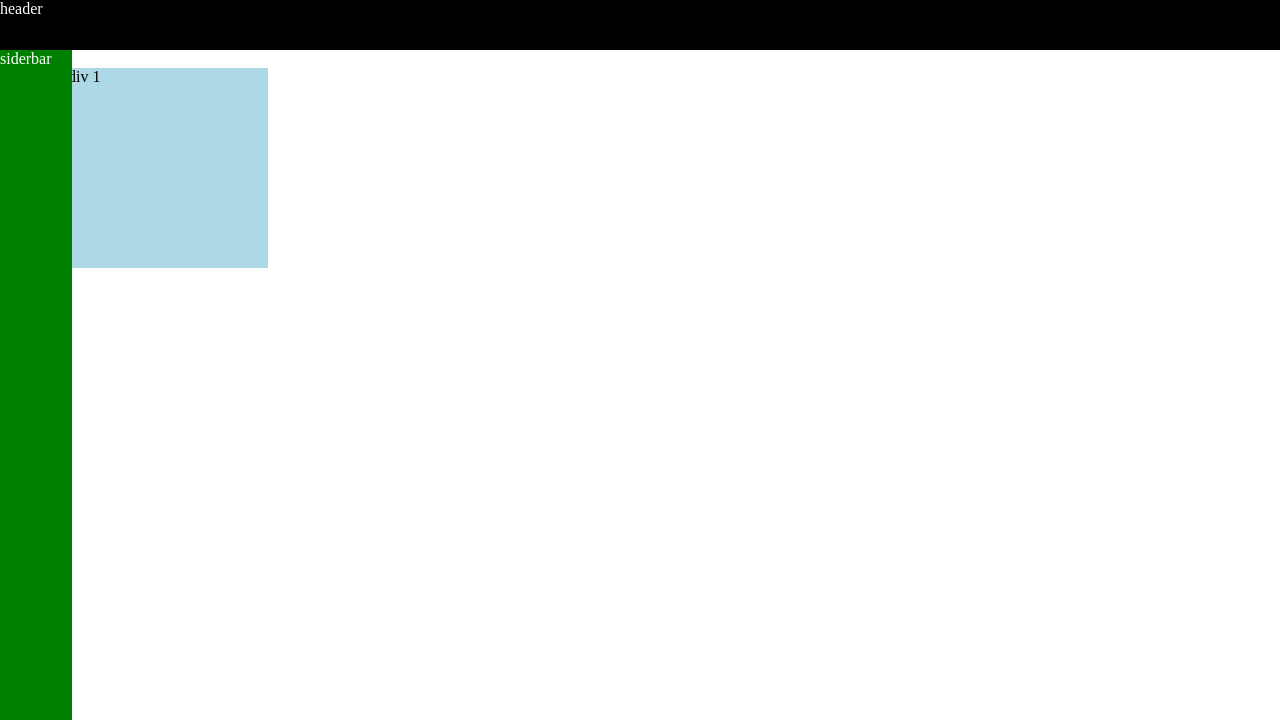
Repository: knowledgeAlan/html-css-fourteen
Page: position.html
The author's editor kept a copy of each file at every save. The page is drawn from the files as they stood at one save, then again after the next save.
The browser window is 1280 px wide. The pictures show the whole page.

Above is the page before, as saved 2024-03-22 18:08:27.

### position.html
<!DOCTYPE html>
<html>
    <head>
        <title>Position Practice</title>

    </head>


    <body style="
        height: 300px;
        padding-top: 60px;
        padding-left: 60px;
    ">

    <div style="
            background-color: black;
            color: white;
            position: fixed;
            top: 0;
            left: 0;
            right: 0;
            height: 50px;
    ">
    header
    </div>


    <div style="
        background-color: green;
        color: white;
        position: fixed;
        left: 0 ;
        bottom: 0;
        top: 50px;
        width: 72px;
    ">

    siderbar
    </div>


    <div style="
        background-color: lightblue;
        height: 200px;
        width: 200px;
        position: static;
    ">
    div 1
    </div>
    </body>

</html>

After the next save:
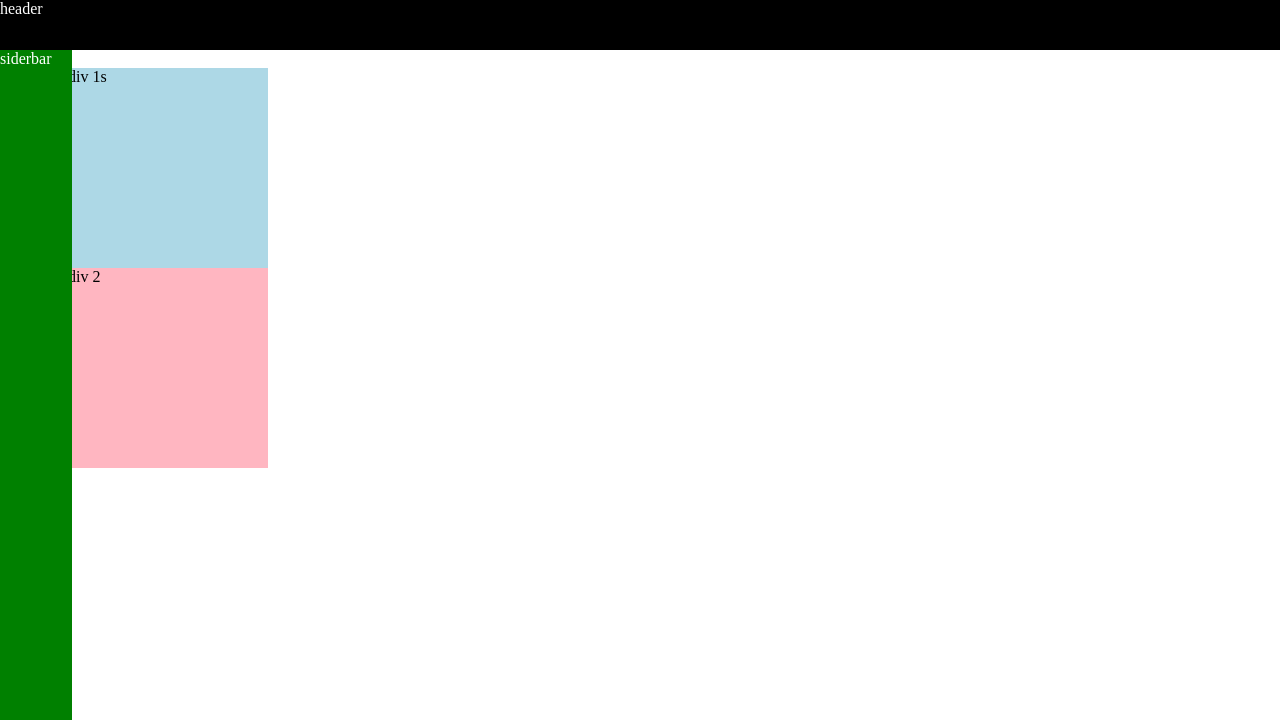
Saved 102 s later.
--- a/position.html
+++ b/position.html
@@ -45,7 +45,17 @@
         width: 200px;
         position: static;
     ">
-    div 1
+    div 1s
+    </div>
+
+
+    <div style="
+        background-color: lightpink;
+        height: 200px;
+        width: 200px;
+    ">
+
+    div 2
     </div>
     </body>
 
